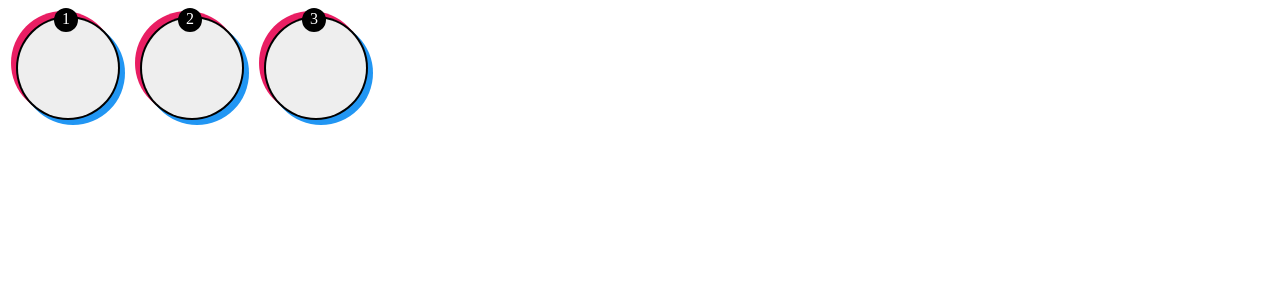
Repository: Body789/CSS_ELZERO
Page: Assignments/Assigmennt_10/Assignment_1/index.html
These files come from the project's save history. The page is drawn as it stood at one moment and after the next save; the edit follows.
The browser window is 1280 px wide. The pictures show the whole page.

Above is the page before, as saved 2022-09-18 12:25:37.

### Assignments/Assigmennt_10/Assignment_1/index.html
<!DOCTYPE html>
<html lang="en">
<head>
  <meta charset="UTF-8">
  <title>Ass_10_1</title>
  <link rel="stylesheet" href="Css/style.css">
</head>
<body>
  <div></div>
  <div></div>
  <div></div>
</body>
</html>

### Assignments/Assigmennt_10/Assignment_1/Css/style.css
* {
  -webkit-box-sizing: border-box;
  -moz-box-sizing: border-box;
  box-sizing: border-box;
}

div {
  box-shadow:
    0px 0px 0px 2px black,
    -5px -5px 0px 2px #e91e63,
    5px 5px 0px 2px #2196f3;
  width: 100px;
  height: 100px;
  display: inline-block;
  background-color: #eee;
  border-radius: 50px;
  margin: 10px;
  counter-increment: num;
}

div::after {
  content: counter(num);
  color: white;
  background-color: black;
  width: 5px;
  display: inline-block;
  height: 20px;
  width: 20px;
  text-align: center;
  left: 36%;
  bottom: 10%;
  position: relative;
  padding: 2px 2px;
  border-radius: 50%;
}

After the next save:
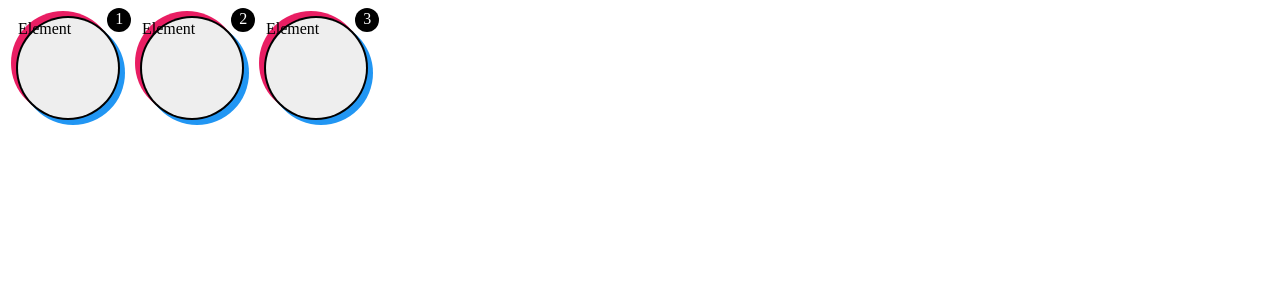
Saved 64 s later.
--- a/Assignments/Assigmennt_10/Assignment_1/Css/style.css
+++ b/Assignments/Assigmennt_10/Assignment_1/Css/style.css
@@ -33,3 +33,8 @@ div::after {
   padding: 2px 2px;
   border-radius: 50%;
 }
+
+div::before {
+  content: "Element";
+  color: black;
+}
